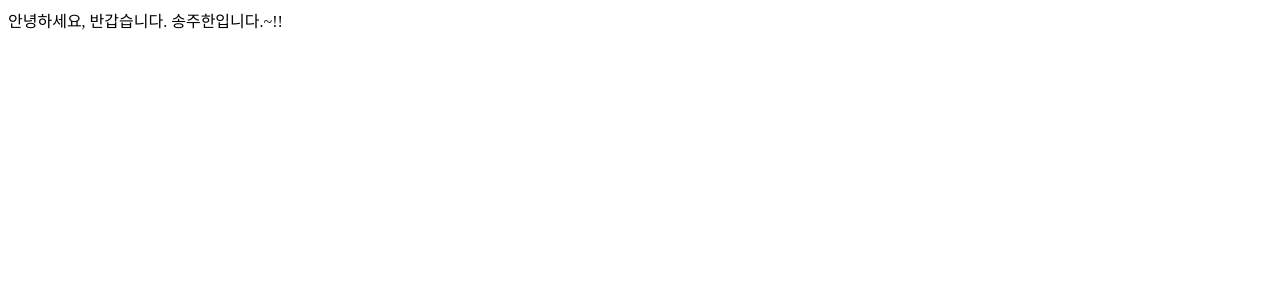
Repository: JuHanSong/JSP
Page: jsp01/WebContent/indeex.html
An editor plug-in stored every save of this project. The page is shown before and after the next save, followed by the edit.
The browser window is 1280 px wide. The pictures show the whole page.

Above is the page before, as saved 2020-11-21 02:18:43.

### jsp01/WebContent/indeex.html
<!DOCTYPE html>
<html>
	<head>
		<meta charset="UTF-8">
		<title>Insert title here</title>
	</head>
	<body>
	안녕하세요, 반갑습니다. 송주한입니다.~!!

	</body>
</html>

After the next save:
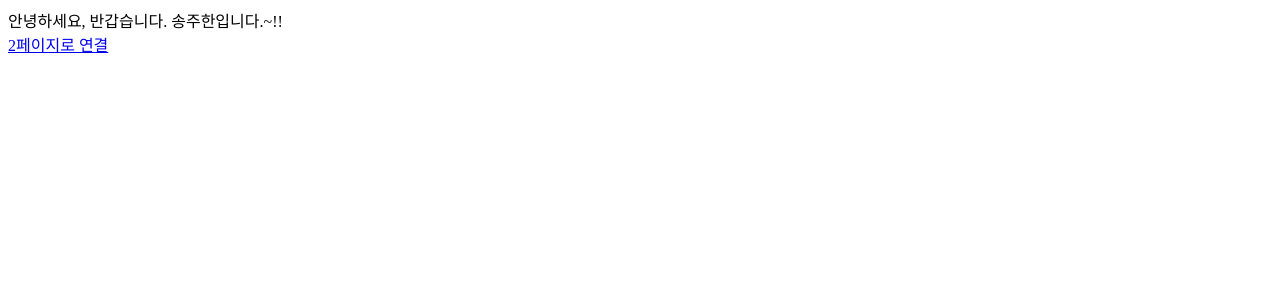
Saved 6 min 36 s later.
--- a/jsp01/WebContent/indeex.html
+++ b/jsp01/WebContent/indeex.html
@@ -4,8 +4,9 @@
 		<meta charset="UTF-8">
 		<title>Insert title here</title>
 	</head>
-	<body>
-	안녕하세요, 반갑습니다. 송주한입니다.~!!
+	<body> <!-- 주선, 태크(tag) -->
+	안녕하세요, 반갑습니다. 송주한입니다.~!!<br><!-- 엔터 -->
+	<a href="page2.html">2페이지로 연결</a>
 
 	</body>
 </html>
